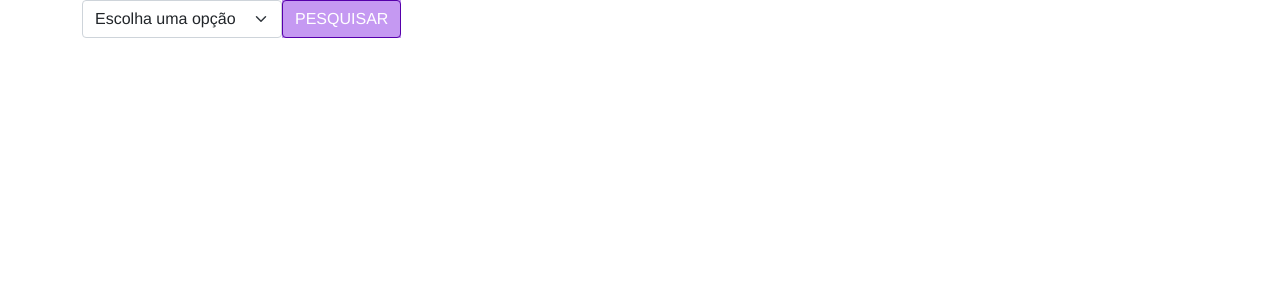
Repository: LuismGil/Countries-list
Page: /
The author's editor kept a copy of each file at every save. The page is drawn from the files as they stood at one save, then again after the next save.
The browser window is 1280 px wide. The pictures show the whole page.
The project was rebuilt for these pictures with package versions that can differ from the ones it lists, and the page was loaded fresh each time.

Above is the page before, as saved 2021-05-22 21:22:20.

### public/index.html
<!DOCTYPE html>
<html lang="">
  <head>
    <meta charset="utf-8">
    <meta http-equiv="X-UA-Compatible" content="IE=edge">
    <meta name="viewport" content="width=device-width,initial-scale=1.0">
    <link rel="icon" href="<%= BASE_URL %>favicon.ico">
    <link href="https://cdn.jsdelivr.net/npm/bootstrap@5.0.1/dist/css/bootstrap.min.css" rel="stylesheet" integrity="sha384-+0n0xVW2eSR5OomGNYDnhzAbDsOXxcvSN1TPprVMTNDbiYZCxYbOOl7+AMvyTG2x" crossorigin="anonymous">
    <title><%= htmlWebpackPlugin.options.title %></title>
  </head>
  <body>
    <noscript>
      <strong>We're sorry but <%= htmlWebpackPlugin.options.title %> doesn't work properly without JavaScript enabled. Please enable it to continue.</strong>
    </noscript>
    <div id="app"></div>
    <!-- built files will be auto injected -->
  </body>
</html>

### src/App.vue
<template>
  <div id="app">
    <!-- <mv-header /> -->
    <Home></Home>

  </div>
</template>

<script>
// import MvHeader from './components/MvHeader.vue';
import Home from './views/Home.vue';

export default {
  name: 'App',
  components: {
    // MvHeader,
    Home,
  },
};
</script>

<style>
#app {
  color: #2c3e50;
  font-family: Avenir, Helvetica, Arial, sans-serif;
  -webkit-font-smoothing: antialiased;
  -moz-osx-font-smoothing: grayscale;
  text-align: center;
}
</style>

### src/views/Home.vue
<template>
  <div>
    <mv-countries></mv-countries>

  </div>
</template>

<script>
import MvCountries from '../components/MvCountries.vue';

export default {
  components: { MvCountries },

};
</script>

<style>

</style>

### src/components/MvCountries.vue
<template>
  <div>
    <div class="container">
    <select class="form-select form-width" aria-label="Escolha uma opção">
      <option selected disabled>Escolha uma opção</option>
      <option value="1">Região</option>
      <option value="2">Capital</option>
      <option value="3">Língua</option>
      <option value="4">País</option>
      <option value="5">Código de ligação</option>
    </select>
    <mv-button class="btn-find" >
        <span class="btn-span">PESQUISAR</span>
    </mv-button>
    </div>

  </div>
</template>

<script>
import MvButton from './MvButton.vue';

export default {
  components: { MvButton },

};
</script>

<style>
.container {
  display: flex;
  flex-direction: row;
}

.form-width {
  width: 200px;
}

.btn-span {
   color: #fff;
}

.btn-find {
  background-color: #c599f2;
}

</style>

### src/components/MvButton.vue
<template>
  <div>
    <button type="button" class="btn btn-outline btn-color">
      <slot></slot>
      </button>
  </div>
</template>

<script>
// import MvArrowIcon from './MvArrowIcon.vue';

export default {
  // components: { MvArrowIcon },

};
</script>

<style>
.btn-color {
  border-color: #5600AB;
  color: #5600AB;
}

.btn-color:hover {
  color: #fff;
  background-color: #c599f2;
}

</style>

Loaded but not shown: src/main.js (common file)

After the next save:
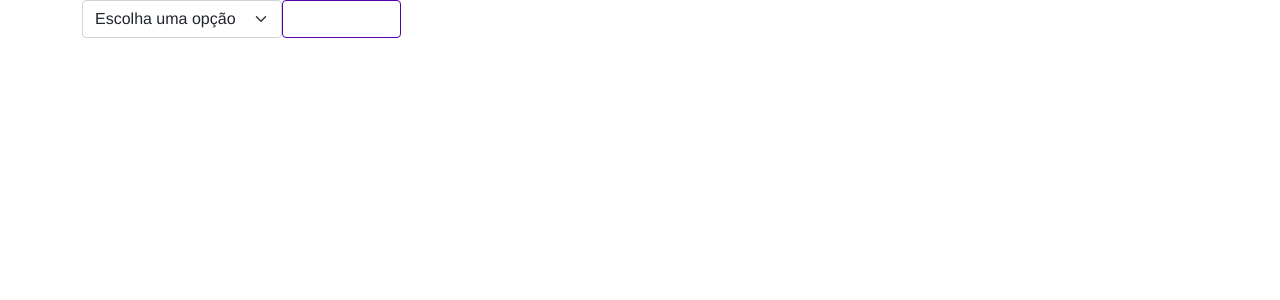
Saved 10 s later.
--- a/src/components/MvCountries.vue
+++ b/src/components/MvCountries.vue
@@ -40,8 +40,4 @@ export default {
    color: #fff;
 }
 
-.btn-find {
-  background-color: #c599f2;
-}
-
 </style>
